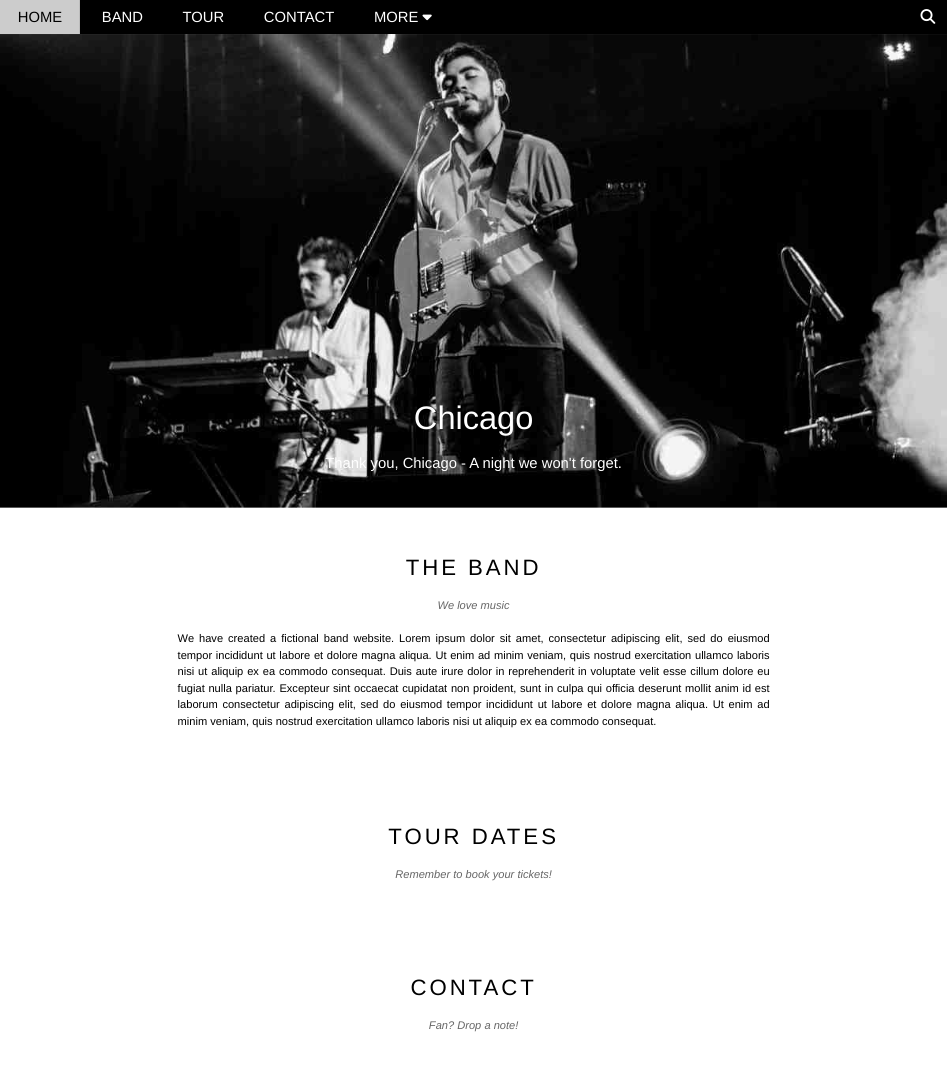
Repository: nugort/nugort.github.io
Page: f8/the-band/index.html
The author's editor kept a copy of each file at every save. The page is drawn from the files as they stood at one save, then again after the next save.
The browser window is 1280 px wide. The pictures show the whole page, at 74% of full size.
Some web libraries are served in a nearby version.

Above is the page before, as saved 2022-02-08 03:40:54.

### f8/the-band/index.html
<!DOCTYPE html>
<html lang="en">

<head>
    <meta charset="UTF-8">
    <meta http-equiv="X-UA-Compatible" content="IE=edge">
    <meta name="viewport" content="width=device-width, initial-scale=1.0">
    <title>Document</title>
    <script src="https://kit.fontawesome.com/28e152e343.js" crossorigin="anonymous"></script>
    <link rel="stylesheet" href="./assets/css/styles.css">
</head>

<body>
    <div id="main">
        <div id="header">
            <ul id="nav">
                <li>
                    <a href="#">Home</a>
                </li>

                <li>
                    <a href="#">Band</a>
                </li>

                <li>
                    <a href="#">Tour</a>
                </li>

                <li>
                    <a href="#">Contact</a>
                </li>

                <li>
                    <a href="#">More <i class="fas fa-caret-down"></i></a>
                    <ul class="subnav">
                        <li>
                            <a href="#">Merchandise</a>
                        </li>

                        <li>
                            <a href="#">Extras</a>
                        </li>

                        <li>
                            <a href="#">Media</a>
                        </li>
                    </ul>
                </li>
            </ul>

            <div class="nav-search">
                <a href="#"><i class="nav-search-icon fas fa-search"></i></a>
            </div>
        </div>

        <div id="slider">
            <div class="slider-text">
                <h3 class="slider-text-title">
                    Chicago
                </h3>
                <p class="slider-text-dsc">
                    Thank you, Chicago - A night we won't forget.
                </p>
            </div>
        </div>

        <div id="content">
            <!-- About -->
            <div class="content-section">
                <h2 class="content-section-title">
                    The Band
                </h2>
                <p class="content-section-slogan">
                    We love music
                </p>
                <p class="about-content-section content">We have created a fictional band website. Lorem ipsum dolor sit
                    amet, consectetur adipiscing elit, sed do eiusmod tempor incididunt ut labore et dolore magna
                    aliqua. Ut enim ad minim veniam, quis nostrud exercitation ullamco laboris nisi ut aliquip ex ea
                    commodo consequat. Duis aute irure dolor in reprehenderit in voluptate velit esse cillum dolore eu
                    fugiat nulla pariatur. Excepteur sint occaecat cupidatat non proident, sunt in culpa qui officia
                    deserunt mollit anim id est laborum consectetur adipiscing elit, sed do eiusmod tempor incididunt ut
                    labore et dolore magna aliqua. Ut enim ad minim veniam, quis nostrud exercitation ullamco laboris
                    nisi ut aliquip ex ea commodo consequat.</p>
            </div>

            <!-- Tour -->
            <div class="content-section">
                <h2 class="content-section-title">
                    TOUR DATES
                </h2>
                <p class="content-section-slogan">
                    Remember to book your tickets!
                </p>
            </div>

            <!-- Contact -->
            <div class="content-section">
                <h2 class="content-section-title">
                    CONTACT
                </h2>
                <p class="content-section-slogan">
                    Fan? Drop a note!
                </p>
            </div>
        </div>

        <div id="footer">

        </div>
    </div>
</body>

</html>

### f8/the-band/assets/css/styles.css
/* 3 kiểu dùng css
- inline (phèn)
- internal (cũng phèn)
-external (đúng đúng đúng) */

/* Các đơn vị hay dùng
* Absolute units
- px
- pt
- cm
- mm
- inch
- picture

* Relative units
- %
- rem (bằng kích cỡ chữ của thẻ html - mặc định là 16px)
- em  (bằng kích cỡ chữ của thẻ cha chứa nó gần nhất có set font-size)
- vw (chiều rộng bằng chiều ngang của màn hình hiển thị)
- vh (chiều cao bằng chiều dọc của màn hình hiển thị) */

/* Hàm trong css
- var(): gọi biến vào
- linearGradient()
- rgba()
- rgb
- calc(): tính toán
- attr() */

/* Pseudo-classes (lớp giả) */

:root {
    --text-color: #FFFFFF;
    --background-color: #00171F;
    --button-color: #003459;
    --other-color: #007EA7;
    --button-2nd-color: #00A8E8;
    --nav-heigh: 46px;
}  /* Đặt biến giống trong ngôn ngữ lập trình khác thôi =))) */

* {
    box-sizing: border-box;
    margin: 0;
    padding: 0;
} /* reset css */

html {
    font-family: Helvetica, sans-serif;
    font-size: 20px;
}
/*
Chọn cùng lúc nhiều Class, ID đưa qua css
Bôi đen điểm chung -> CTRL +  SHIFT + L -> Mũi tên qua phải ( > ) -> CTRL + SHIFT + ( > ) -> CTRL + C
-> Qua file css paste -> ALT + CLICK  -> # -> CTRL + ( > ) -> {}
 */

/*
1. Làm từ ngoài vào trong
2. Làm từ trên xuống dưới
3. Từ tổng quan đến chi tiết
*/

/*
1. Vị trí (Vị trí các phần; Header, Content, ...)
2. Kích thước
3. Màu sắc
4. Styles (Fonts chữ, tròn, vuông, ...)
*/

/*
Chiếc web này gồm
1. Header (Done)
    1.1. Navigation (Done)
    1.2. Search button  (Done)
2. Slider (Done)
3. Content
    3.1. About
    3.2. Tour
    3.3. Contact
    3.4. Img
4. Footer
*/

#main{

}

#header{
    position: fixed;
    top: 0px;
    left: 0px;
    right: 0px;
    background-color: black;
    height: var(--nav-heigh);
    z-index: 1;
}

#nav {
    display: inline-block;
}

#nav, .subnav {
    list-style-type: none;
}

#nav > li {
    display: inline-block;
}

#nav  li {
    position: relative;
}

#nav > li > a {
    color: #FFFFFF;
    text-transform: uppercase;
}

#nav li a {
    text-decoration: none;
    line-height: var(--nav-heigh);
    padding: 0px 24px;
    /* padding: 12px 24px; */
}

#nav > li:hover .subnav {
    display: block;
}

#nav > li:hover > a {
    display: inline-block;
    color: #000;
    background-color: #CCC;
}

#nav .subnav {
    display: none;
    position: absolute;
    top: 100%;
    left: 0px;
    background-color: #FFF;
    color: #000;
    box-shadow: 0 0 10px rgba(0, 0, 0, 0.3);
}

#nav .subnav a {
    display: block;
    color: #000;
    min-width: 160px;
    padding: 0px 12px;
    line-height: 38px ;
}

#nav .subnav li:hover a {
    color: #000;
    background-color: #CCC;
}

#header .nav-search {
    display: inline-block;
    float: right;
    line-height: var(--nav-heigh);
    padding: 0px 16px ;
}

#header .nav-search a {
    color: #FFF;
}

#header .nav-search:hover {
    background-color: #F44336 !important;
    cursor: pointer;
}

#slider {
    /* background-color: #CCC;
    height: 1000px; */
    position: relative;
    margin-top: var(--nav-heigh);
    padding-top: 50%;
    background: url('/the-band/assets/img/slider-1/chicago.jpg') top center / cover, no-repeat;
    /* https://youtu.be/BmkVXoKoqVA?t=640 */
}

#slider .slider-text{
    color: #FFF;
    position: absolute;
    bottom: 48px;
    /* left: 50%;
    transform: translateX(-50%); */

    /* left: 0px;
    right: 0px; */

    width: 100%;
    text-align: center;
}

#slider .slider-text-title{
    font-size: 220%;
    font-weight: 500;
    font-style: 24px;
    margin-bottom: 25px;
}

#slider .slider-text-dsc{
    font-style: 15px;
}


#content {

}

#content .content-section {
    width: 800px;
    margin: auto;
    padding: 64px 0px;
}

#content .content-section-title {
    font-weight: 500;
    font-size: 30px;
    text-transform: uppercase;
    letter-spacing: 4px;

}

#content .content-section-slogan {
    font-style: italic;
    font-size: 15px;
    margin-top: 25px;
    opacity: 0.6;
}

#content .about-content-section.content {
    font-size: 15px;
    margin-top: 25px;
    text-align: justify;
    line-height: 1.5;
}

#content .content-section-title,
#content .content-section-slogan {
    text-align: center;
}
#footer {

}

After the next save:
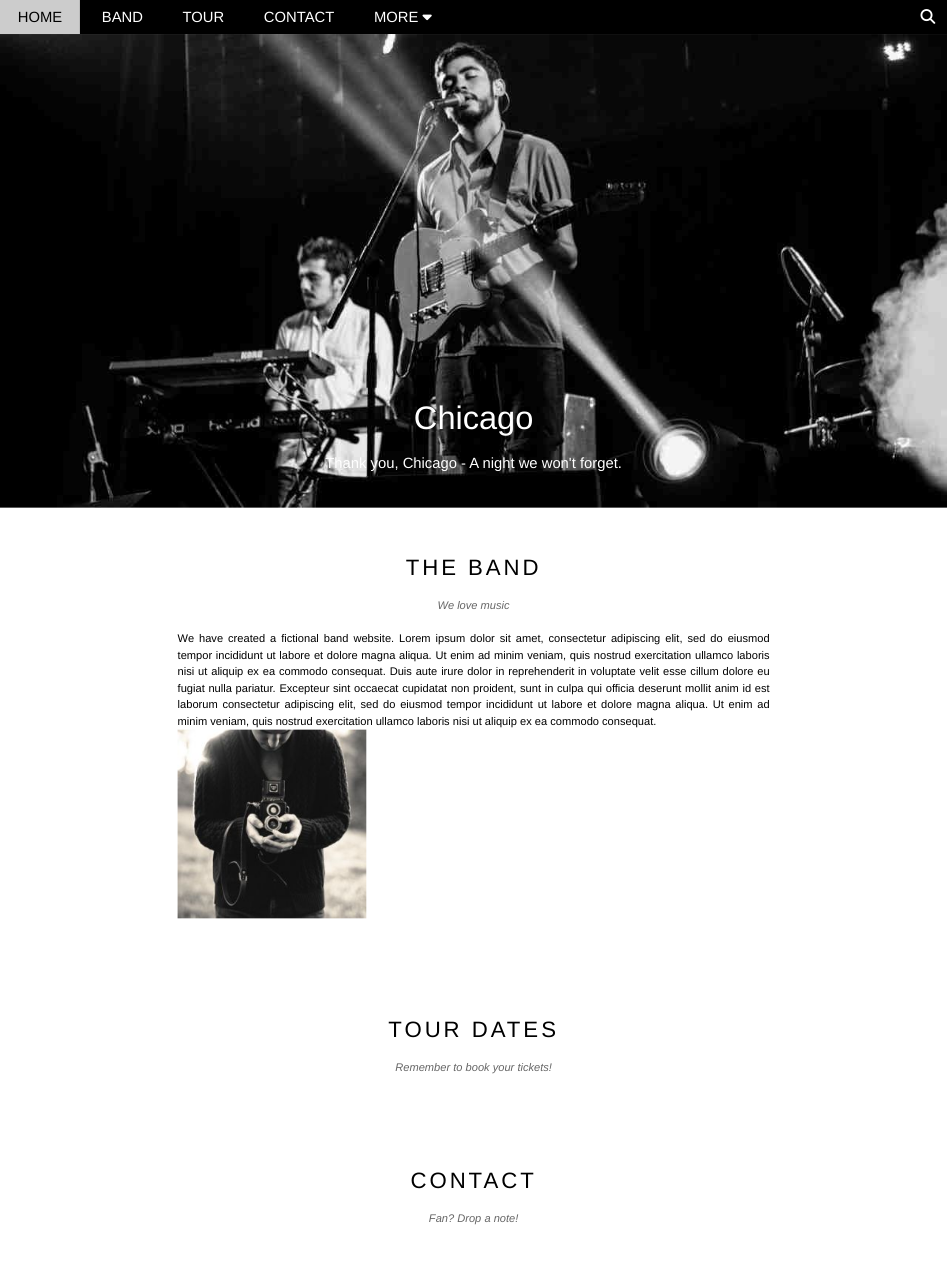
Saved 7 min 53 s later.
--- a/f8/the-band/index.html
+++ b/f8/the-band/index.html
@@ -12,7 +12,10 @@
 
 <body>
     <div id="main">
+        <!-- Header -->
         <div id="header">
+
+            <!-- Navigation -->
             <ul id="nav">
                 <li>
                     <a href="#">Home</a>
@@ -48,11 +51,13 @@
                 </li>
             </ul>
 
+            <!-- Search -->
             <div class="nav-search">
                 <a href="#"><i class="nav-search-icon fas fa-search"></i></a>
             </div>
         </div>
 
+        <!-- Slider -->
         <div id="slider">
             <div class="slider-text">
                 <h3 class="slider-text-title">
@@ -64,6 +69,7 @@
             </div>
         </div>
 
+        <!-- Content -->
         <div id="content">
             <!-- About -->
             <div class="content-section">
@@ -81,6 +87,14 @@
                     deserunt mollit anim id est laborum consectetur adipiscing elit, sed do eiusmod tempor incididunt ut
                     labore et dolore magna aliqua. Ut enim ad minim veniam, quis nostrud exercitation ullamco laboris
                     nisi ut aliquip ex ea commodo consequat.</p>
+                <div class="band-members">
+                    <div class="member">
+                        <p class="member-name">
+
+                        </p>
+                        <img src="./assets/img/band-members/bandmember.jpg" alt="" class="member-avt">
+                    </div>
+                </div>
             </div>
 
             <!-- Tour -->
